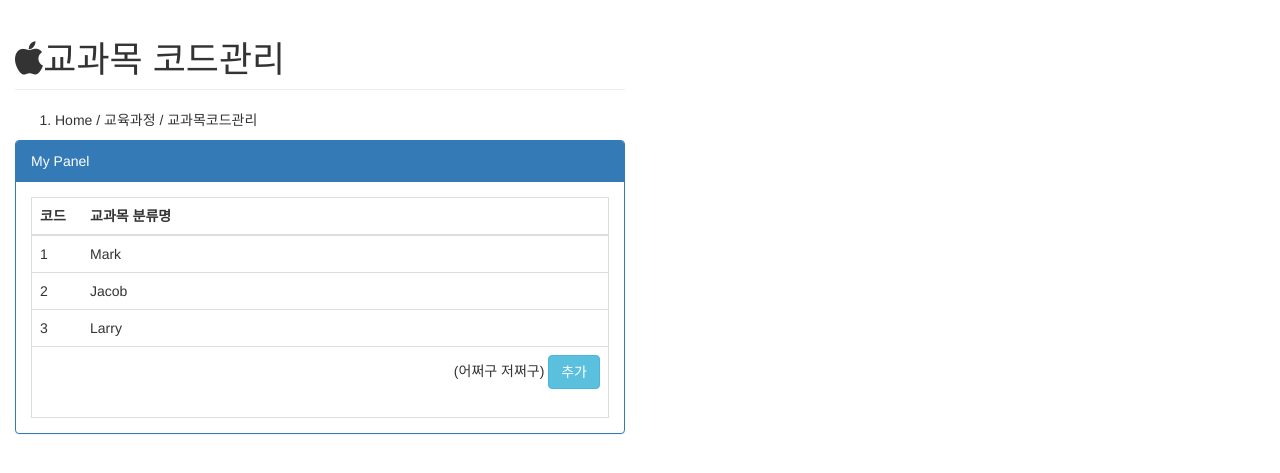
Repository: CHOKIHO/html
Page: work/0112_bootstrap/WebContent/ex2_bootstrap.html
An editor plug-in stored every save of this project. The page is shown before and after the next save, followed by the edit.
The browser window is 1280 px wide. The pictures show the whole page.
Some web fonts or font styles are not loaded; a fallback is used. Some web libraries are served in a nearby version.

Above is the page before, as saved 2017-01-12 02:59:44.

After the next save:
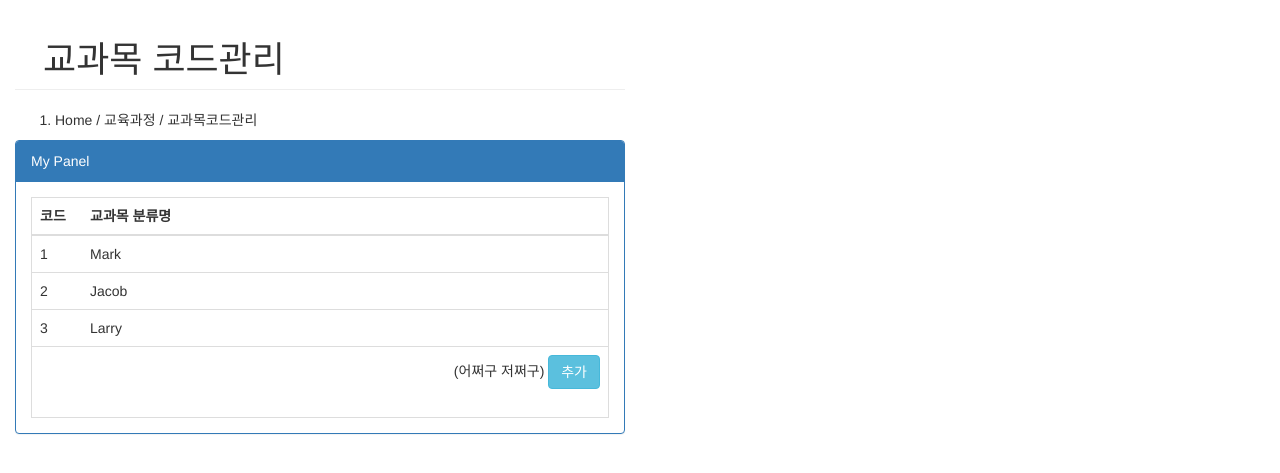
Saved 17 s later.
--- a/work/0112_bootstrap/WebContent/ex2_bootstrap.html
+++ b/work/0112_bootstrap/WebContent/ex2_bootstrap.html
@@ -8,8 +8,8 @@
 <!-- DataTables CSS -->
 	<link href="./css/dataTables.bootstrap.css" rel="stylesheet">
 <!-- Custom Fonts -->
-	<link href="./css/font-awesome.min.css" rel="stylesheet" type="text/css">
-<link rel="stylesheet" href="http://maxcdn.bootstrapcdn.com/font-awesome/4.3.0/css/font-awesome.min.css">
+	<link href="./css/font-awesome.css" rel="stylesheet" type="text/css">
+
 
 
 <style type="text/css">

After the save that followed:
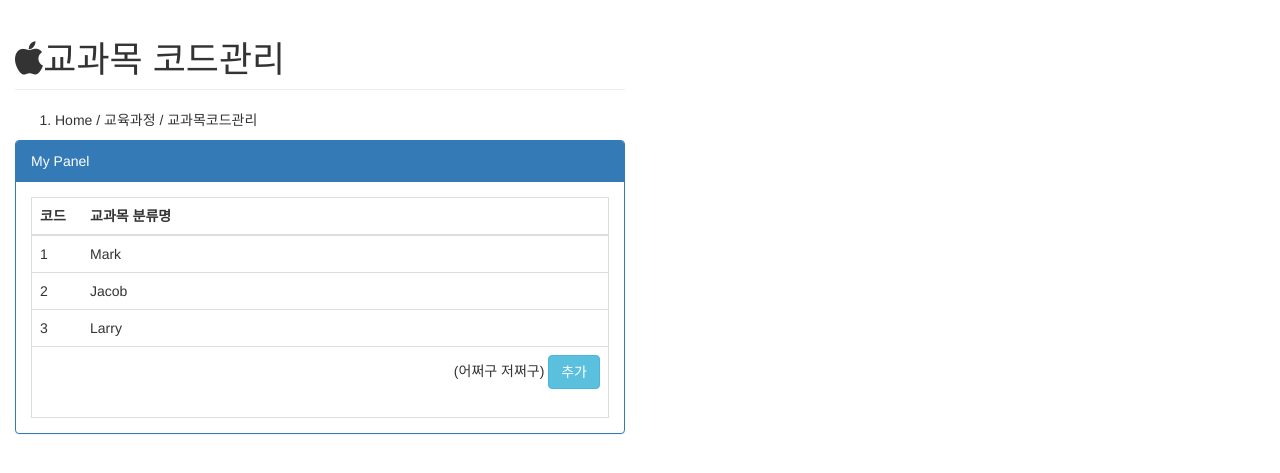
Saved 74 s later.
--- a/work/0112_bootstrap/WebContent/ex2_bootstrap.html
+++ b/work/0112_bootstrap/WebContent/ex2_bootstrap.html
@@ -8,8 +8,7 @@
 <!-- DataTables CSS -->
 	<link href="./css/dataTables.bootstrap.css" rel="stylesheet">
 <!-- Custom Fonts -->
-	<link href="./css/font-awesome.css" rel="stylesheet" type="text/css">
-
+<link rel="stylesheet" href="http://maxcdn.bootstrapcdn.com/font-awesome/4.3.0/css/font-awesome.min.css">
 
 
 <style type="text/css">
